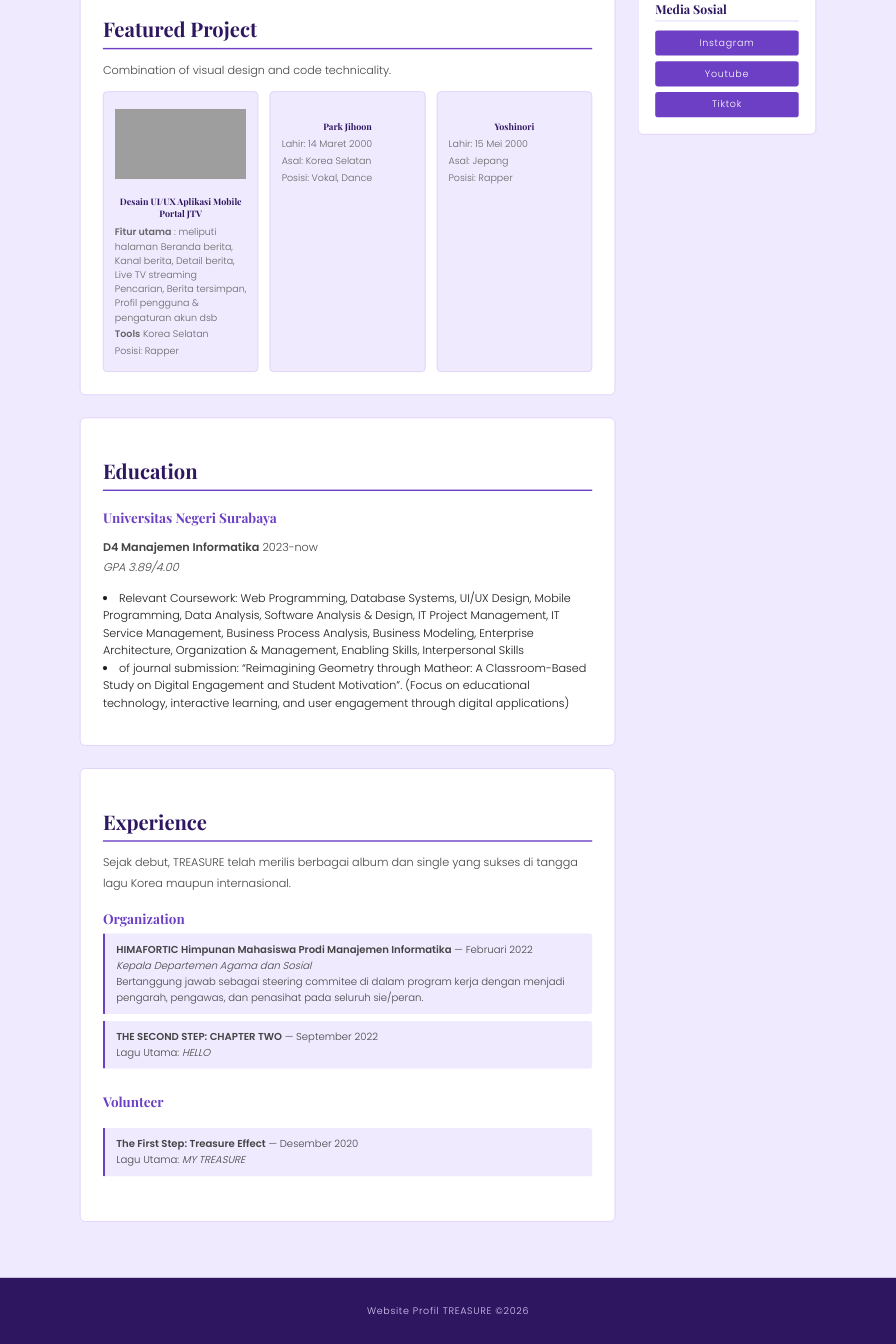
Repository: VergiMutiaRahmasyani/Website-Portofolio
Page: index.html
These files come from the project's save history. The page is drawn as it stood at one moment and after a run of saves; the edit follows.
The browser window is 1280 px wide. The pictures show the part of the page from y = 869 to 2789 px (the page is 2789 px tall before and 2765 px after), at 70% of full size.
Pictures or frames that could not be fetched are drawn as grey boxes.

Above is the page before, as saved 2026-03-07 13:59:49.

### index.html
<!DOCTYPE html>
<html>
    <head>
        <meta charset="utf-8" />
        <meta name="viewport" content="width=device-width, initial-scale=1.0" />
        <title>Portofolio Vergi</title>

        <!-- My Own CSS -->
        <link rel="stylesheet" href="css/style.css" />

        <!-- Google Fonts -->
        <link rel="preconnect" href="https://fonts.googleapis.com">
        <link rel="preconnect" href="https://fonts.gstatic.com" crossorigin>
        <link href="https://fonts.googleapis.com/css2?family=Playfair+Display:wght@400;700&family=Poppins:wght@300;400;600&display=swap" rel="stylesheet">
    </head>

    <body>

        <!-- HEADER -->
        <header class="site-header">

            <!-- NAVBAR -->
            <div class="navbar">
                <nav class="nav-list">
                    <ul>
                        <li><a href="#About">About Me</a></li>
                        <li><a href="#Work">Work</a></li>
                        <li><a href="Project">Project</a></li>
                        <li><a href="#Education">Education</a></li>
                        <li><a href="Organization">Organization</a></li>
                        <li><a href="https://drive.google.com/file/d/13-ep7ykiG-k7d2KfzBZSPx55XoqW1qHe/view?usp=sharing" target="_blank"> Resume</a></li>
                    </ul>
                </nav>
            </div>

            <div class="hero">
                <div class="hero-overlay">
                    <h1>Welcome, <br> To My Portofolio!</h1>
                </div>
            </div>

        </header>

        <!-- MAIN -->
        <main>
            <div class="content-wrapper">
                <div id="content">
                    <article id="About">
                        <h2>About Me</h2>
                        <p>
                            Saya seorang mahasiswa semester 6 Program Studi Manajemen Informatika di Universitas Negeri Surabaya, yang memiliki rasa
                            ingin tahu dan semangat yang besar. Dengan memiliki peminatan pada UI/UX Design dan Web Development,
                            saya telah berpengalaman dalam menciptakan solusi digital yang user-friendly dan berdampak. Melalui
                            kombinasi hard skills dan soft skills yang saya miliki, saya siap untuk beradaptasi dan memberikan kontribusi
                            nyata pada setiap proyek yang dijalankan.
                        </p>
                    </article>

                    <article id="Project">
                        <h2>Featured Project</h2>
                        <p>
                            Combination of visual design and code technicality.
                        </p>

                        <div class="project-list">
                            <div class="project-card">
                                <img src="D:\STUPEN\celerates\SUBMISSION\Web Portofolio\img\portaljtv.png" alt="Portal JTV" class="project-img" />
                                <h3>Desain UI/UX Aplikasi Mobile Portal JTV</h3>
                                <p><strong>Fitur utama</strong> : meliputi halaman Beranda berita, Kanal berita, Detail berita, Live TV streaming
                                    Pencarian, Berita tersimpan, Profil pengguna & pengaturan akun dsb</p>
                                <p><strong>Tools</strong> Korea Selatan</p>
                                <p>Posisi: Rapper</p>
                            </div>
                            <div class="project-card">
                                <h3>Park Jihoon</h3>
                                <p>Lahir: 14 Maret 2000</p>
                                <p>Asal: Korea Selatan</p>
                                <p>Posisi: Vokal, Dance</p>
                            </div>
                            <div class="project-card">
                                <h3>Yoshinori</h3>
                                <p>Lahir: 15 Mei 2000</p>
                                <p>Asal: Jepang</p>
                                <p>Posisi: Rapper</p>
                            </div>
                        </div>
                    </article>

                    <article >
                        <h2>Education</h2>
                        <h3>Universitas Negeri Surabaya</h3>
                        <p>
                            <strong>D4 Manajemen Informatika</strong>  2023-now
                            <br><em>GPA 3.89/4.00</em>
                            <br>
                        </p>
                        <p>
                            <li> Relevant Coursework: Web Programming, Database Systems, UI/UX Design, Mobile Programming, Data
                                Analysis, Software Analysis & Design, IT Project Management, IT Service Management, Business Process
                                Analysis, Business Modeling, Enterprise Architecture, Organization & Management, Enabling Skills,
                                Interpersonal Skills</li>
                            <li> of journal submission: “Reimagining Geometry through Matheor: A Classroom-Based Study on Digital
                                Engagement and Student Motivation”. (Focus on educational technology, interactive learning, and user
                                engagement through digital applications)</li>
                        </p>
                    </article>

                    <article id="pengalaman">
                        <h2>Experience</h2>
                        <p>
                            Sejak debut, TREASURE telah merilis berbagai album dan single yang sukses di tangga lagu Korea maupun internasional.
                        </p>

                        <h3> Organization </h3>
                        <ul class="pengalaman-list">
                            <li>
                                <strong>HIMAFORTIC Himpunan Mahasiswa Prodi Manajemen Informatika</strong> — Februari 2022
                                <br><em>Kepala Departemen Agama dan Sosial</em>
                                <br>Bertanggung jawab sebagai steering commitee di dalam program kerja dengan menjadi pengarah,
                                pengawas, dan penasihat  pada seluruh sie/peran.
                            </li>
                            <li>
                                <strong>THE SECOND STEP: CHAPTER TWO</strong> — September 2022
                                <br>Lagu Utama: <em>HELLO</em>
                            </li>


                        <h3>Volunteer</h3>
                        <ul class="pengalaman-list">
                            <li>
                                <strong>The First Step: Treasure Effect</strong> — Desember 2020
                                <br>Lagu Utama: <em>MY TREASURE</em>
                            </li>
                    </article>

                </div>

                <!-- ASIDE -->
                <aside>
                    <div class="aside-inner">
                        <h3>Info Singkat</h3>
                        <img src="img/vergi photo.jpeg" alt="Foto Vergi" class="aside-img" />
                        <ul class="aside-info">
                            <li><strong>Debut:</strong> 7 Maret 2026</li>
                            <li><strong>Agensi:</strong> MI Entertainment</li>
                            <li><strong>Member:</strong> 6 orang</li>
                            <li><strong>Fandom:</strong> Vergilicious</li>
                        </ul>

                        <h3>Media Sosial</h3>
                        <ul class="aside-social">
                            <li><a href="https://www.instagram.com/yg_treasure_official/" target="_blank">Instagram</a></li>
                            <li><a href="https://www.youtube.com/@TREASURE" target="_blank">Youtube</a></li>
                            <li><a href="https://tiktok.com/@yg_treasure_tiktok" target="_blank">Tiktok</a></li>
                        </ul>
                    </div>
                </aside>
            </div>

        </main>

        <!-- FOOTER -->
        <footer>
            <p>Website Profil TREASURE &copy;2026 </p>
        </footer>

    </body>
</html>

### css/style.css
*,
*::before,
*::after {
    box-sizing: border-box;
}

/* =====================
   PALET WARNA UNGU
   --ungu-gelap   : #2e1760  (navbar, footer)
   --ungu-utama   : #6c3fc5  (aksen utama)
   --ungu-sedang  : #9b6ee0  (hover, border)
   --ungu-muda    : #d8c8f5  (border ringan)
   --ungu-pucat   : #f0eaff  (background halaman)
   ===================== */

body {
    font-family: 'Poppins', sans-serif;
    font-weight: 300;
    background-color: #f0eaff;
    color: #1a1a1a;
    margin: 0;
}


/* =====================
   HEADER
   ===================== */

header.site-header {
    background-color: #2e1760;
    color: white;
}

/* NAVBAR */
header.site-header .navbar {
    padding: 1rem 2rem;
    position: fixed;
    top: 0;
    left: 0;
    right: 0;
    width: 100%;
    z-index: 999;
    background-color: #2e1760;
}

header.site-header .nav-list ul {
    list-style: none;
    padding: 0;
    margin: 0;

    display: flex;
    justify-content: center;
    gap: 2rem;
}

header.site-header .nav-list li a {
    text-decoration: none;
    color: #d8c8f5;
    font-size: 0.9rem;
    font-weight: 400;
    letter-spacing: 1px;
    transition: color 0.2s ease;
}

header.site-header .nav-list li a:hover {
    color: white;
}

/* HERO */
header.site-header .hero {
    position: relative;
    width: 100%;
    height: 370px;
    overflow: hidden;
    margin-top: 57px;
}

header.site-header .hero .hero-overlay {
    position: absolute;
    inset: 0;
    display: flex;
    align-items: center;
    justify-content: center;
}

header.site-header .hero .hero-overlay h1 {
    font-family: 'Playfair Display', serif;
    font-size: 5rem;
    letter-spacing: 10px;
    color: white;
    margin: 0;
    text-align: center;
}


/* =====================
   MAIN & LAYOUT
   ===================== */

main {
    max-width: 1100px;
    margin-inline: auto;
    padding: 2rem 1.5rem;
}

.content-wrapper {
    display: flex;
    gap: 2rem;
    align-items: flex-start;
}

#content {
    flex: 3;

    display: flex;
    flex-direction: column;
    gap: 2rem;
}


/* =====================
   ARTICLE
   ===================== */

article {
    background-color: white;
    border: 1px solid #d8c8f5;
    border-radius: 8px;
    padding: 2rem;
}

article h2 {
    font-family: 'Playfair Display', serif;
    font-size: 1.8rem;
    margin-bottom: 1rem;
    padding-bottom: 0.5rem;
    border-bottom: 2px solid #6c3fc5;
    color: #2e1760;
}

article h3 {
    font-family: 'Playfair Display', serif;
    font-size: 1.2rem;
    margin-top: 1.5rem;
    margin-bottom: 0.5rem;
    color: #6c3fc5;
}

article p {
    line-height: 1.8;
    margin-bottom: 1rem;
    color: #444;
}


/* =====================
   TABEL INFO
   ===================== */

.info-table {
    width: 100%;
    border-collapse: collapse;
    margin-top: 1.5rem;
}

.info-table th,
.info-table td {
    padding: 0.6rem 1rem;
    text-align: left;
    border-bottom: 1px solid #d8c8f5;
    font-size: 0.95rem;
}

.info-table th {
    width: 35%;
    font-weight: 600;
    color: #2e1760;
    background-color: #f0eaff;
}

.info-table td {
    color: #444;
}


/* =====================
   PROJECT CARDS
   ===================== */

.project-list {
    display: flex;
    flex-wrap: wrap;
    gap: 1rem;
    margin-top: 0.5rem;
}

.project-card {
    flex: 1 1 160px;
    background-color: #f0eaff;
    border: 1px solid #d8c8f5;
    border-radius: 6px;
    padding: 1rem;
}

.project-img {
    width: 100%;
    max-width: 250px;
    height: 100px;
    object-fit:cover;
    object-position: top;
    display: block;
    margin: 0.5rem auto 1rem auto;
    border-radius: 0px;
}

.project-card h3 {
    font-size: 0.8rem;
    margin-top: 0.5;
    margin-bottom: 0.5rem;
    text-align: center;
    color: #2e1760;
}

.project-card p {
    font-size: 0.85rem;
    color: #666;
    margin: 0.2rem 0;
    line-height: 1.5;
}


/* =====================
   ALBUM LIST
   ===================== */

.pengalaman-list {
    list-style: none;
    padding: 0;
    margin: 0.5rem 0 1rem 0;

    display: flex;
    flex-direction: column;
    gap: 0.6rem;
}

.pengalaman-list li {
    padding: 0.7rem 1rem;
    background-color: #f0eaff;
    border-left: 3px solid #6c3fc5;
    border-radius: 0 4px 4px 0;
    font-size: 0.9rem;
    color: #444;
    line-height: 1.6;
}


/* =====================
   ASIDE
   ===================== */

aside {
    flex: 1;
    position: sticky;
    top: 80px;
}

aside .aside-inner {
    background-color: white;
    border: 1px solid #d8c8f5;
    border-radius: 8px;
    padding: 1.5rem;
}

aside h3 {
    font-family: 'Playfair Display', serif;
    font-size: 1.1rem;
    margin-top: 1.2rem;
    margin-bottom: 0.8rem;
    padding-bottom: 0.4rem;
    border-bottom: 1px solid #d8c8f5;
    color: #2e1760;
}

aside h3:first-child {
    margin-top: 0;
}

.aside-img {
    width: 100%;
    max-width: 250px;
    height: 200px;
    object-fit: cover;
    object-position: center;
    display: block;
    margin: 0.5rem auto 1rem auto;
    border-radius: 100px;
}

.aside-info {
    list-style: none;
    padding: 0;
    margin: 0;

    display: flex;
    flex-direction: column;
    gap: 0.4rem;
}

.aside-info li {
    font-size: 0.85rem;
    color: #444;
    line-height: 1.6;
}

.aside-social {
    list-style: none;
    padding: 0;
    margin: 0;

    display: flex;
    flex-direction: column;
    gap: 0.5rem;
}

.aside-social li a {
    display: block;
    text-align: center;
    padding: 0.5rem;
    background-color: #6c3fc5;
    color: white;
    text-decoration: none;
    border-radius: 4px;
    font-size: 0.85rem;
    letter-spacing: 1px;
    transition: background-color 0.2s ease;
}

.aside-social li a:hover {
    background-color: #9b6ee0;
}


/* =====================
   FOOTER
   ===================== */

footer {
    background-color: #2e1760;
    color: #d8c8f5;
    text-align: center;
    padding: 1.5rem;
    margin-top: 3rem;
    font-size: 0.85rem;
    letter-spacing: 1px;
}


/* =====================
   RESPONSIVE
   ===================== */

@media screen and (max-width: 768px) {
    header.site-header .nav-list ul {
        flex-wrap: wrap;
        justify-content: center;
        gap: 0.8rem;
    }

    .content-wrapper {
        flex-direction: column;
    }

    aside {
        position: static;
        width: 100%;
    }

    .project-card {
        flex: 1 1 130px;
    }
}

After the next 2 saves:
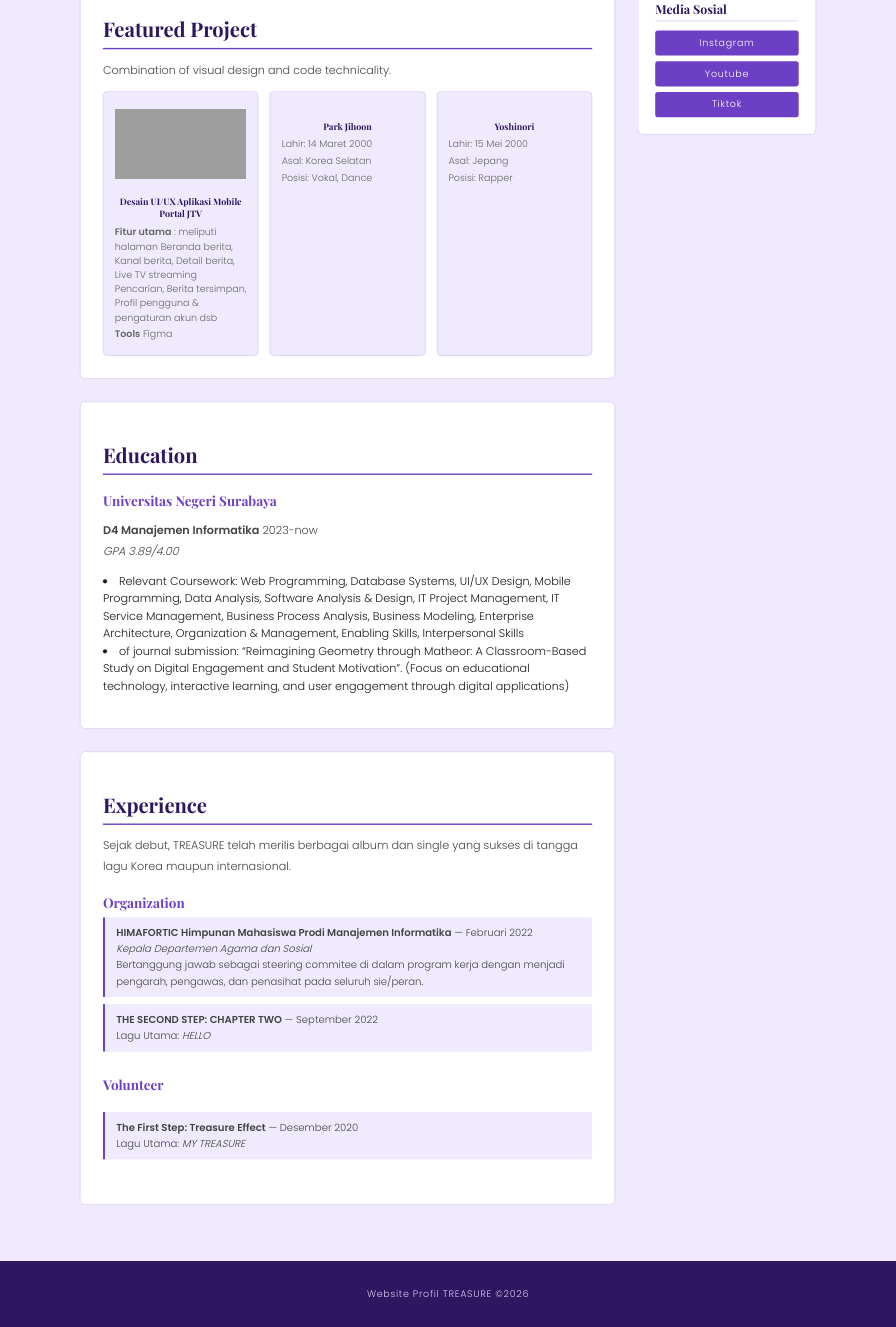
The 2 saves are shown as one change because they came seconds apart.
The last was saved 8 s later.
--- a/index.html
+++ b/index.html
@@ -68,8 +68,7 @@
                                 <h3>Desain UI/UX Aplikasi Mobile Portal JTV</h3>
                                 <p><strong>Fitur utama</strong> : meliputi halaman Beranda berita, Kanal berita, Detail berita, Live TV streaming
                                     Pencarian, Berita tersimpan, Profil pengguna & pengaturan akun dsb</p>
-                                <p><strong>Tools</strong> Korea Selatan</p>
-                                <p>Posisi: Rapper</p>
+                                <p><strong>Tools</strong> Figma</p>
                             </div>
                             <div class="project-card">
                                 <h3>Park Jihoon</h3>
